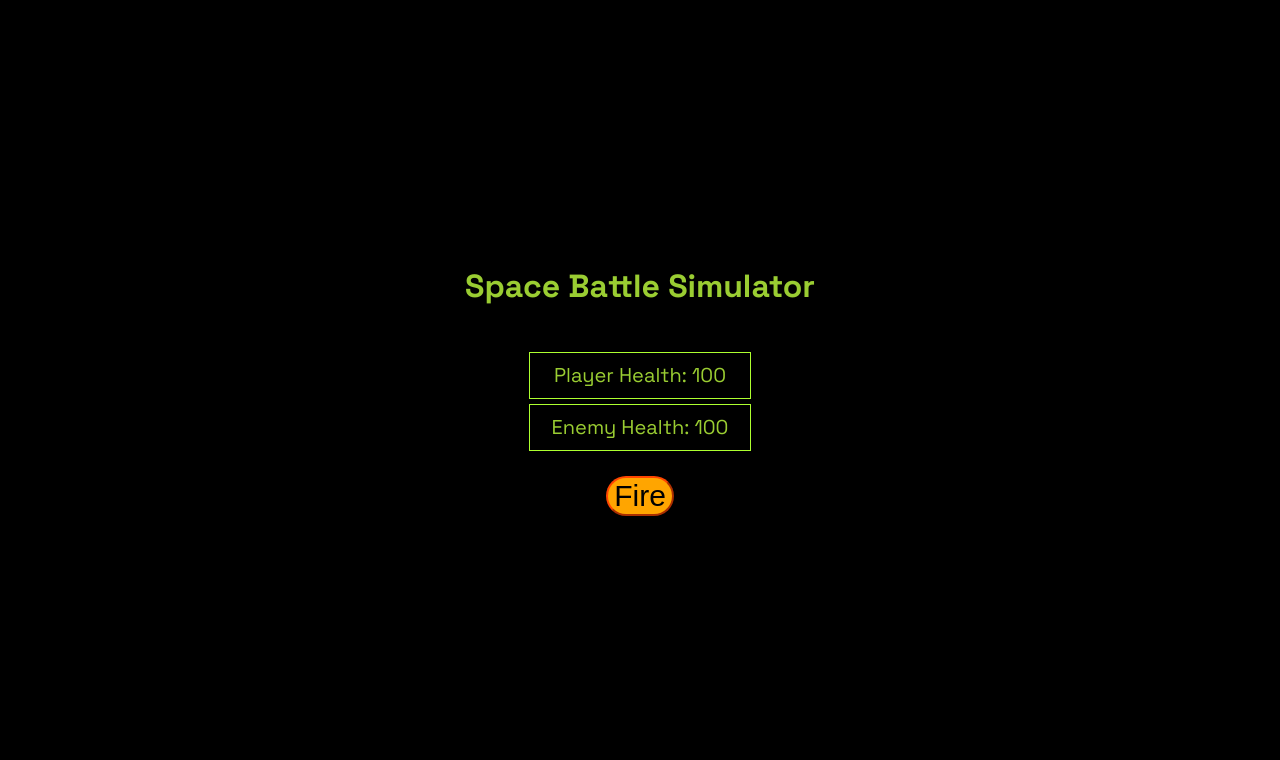
Repository: rmdayberry/Space-Battle
Page: /
These files come from the project's save history. The page is drawn as it stood at one moment and after the next save; the edit follows.
The browser window is 1280 px wide. The pictures show the whole page.
The project was rebuilt for these pictures with package versions that can differ from the ones it lists, and the page was loaded fresh each time. Also part of the build but not shown: vite.config.js, src/App.css.

Above is the page before, as saved 2024-08-24 10:58:38.

After the next save:
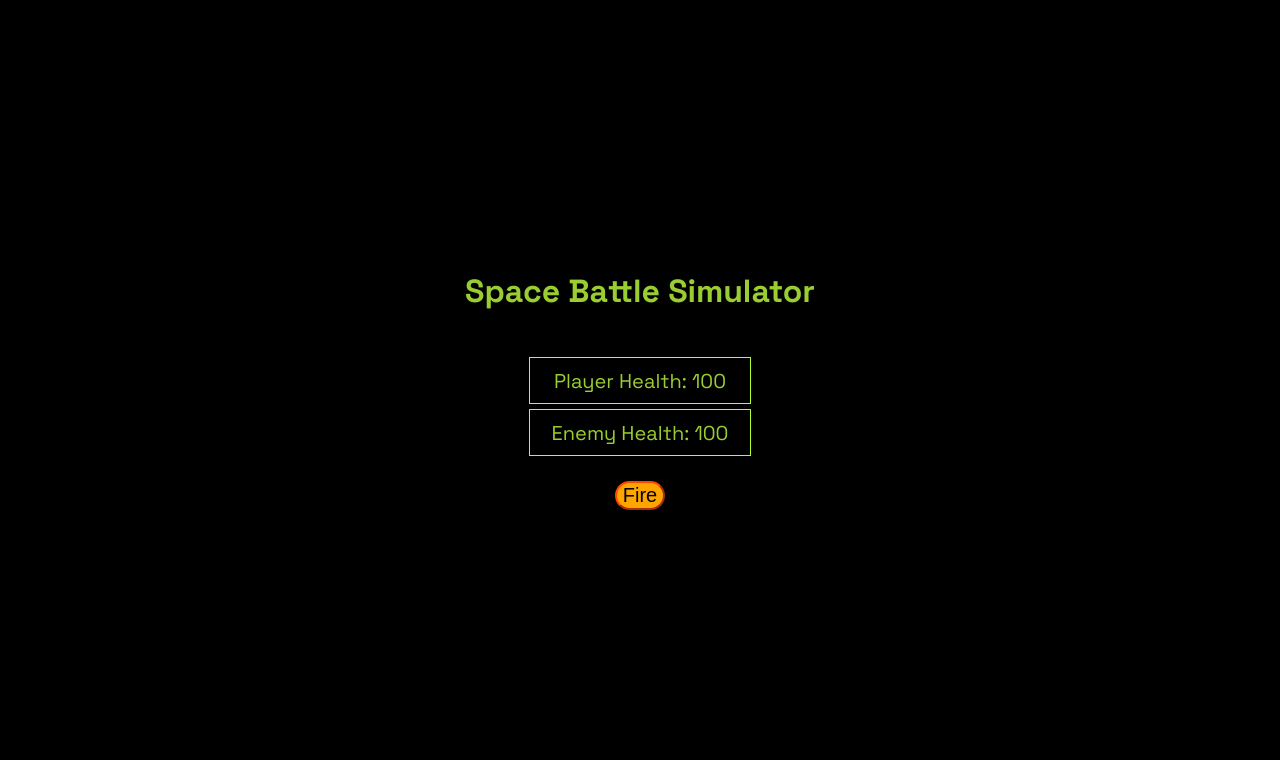
Saved 10 s later.
--- a/src/GameController.css
+++ b/src/GameController.css
@@ -3,5 +3,5 @@ button {
   border-color: orangered;
   border-radius: 20px;
   text-align: center;
-  font-size: 30px;
+  font-size: 20px;
 }
